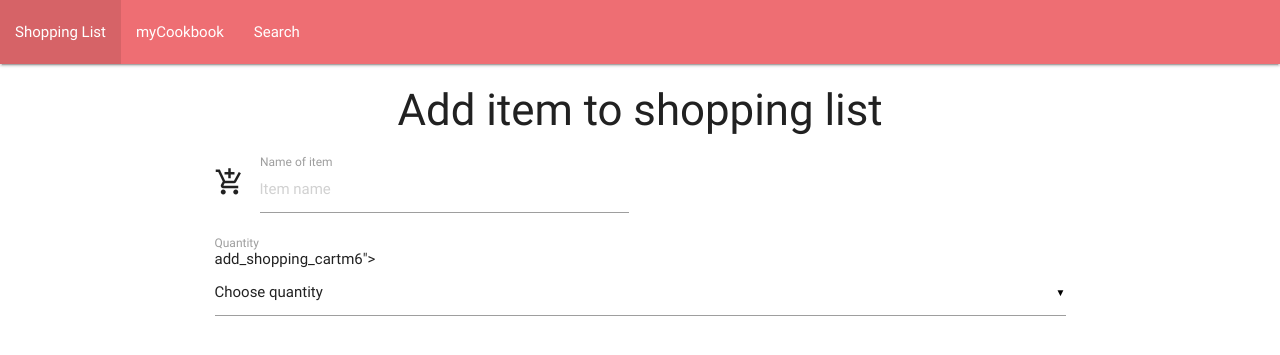
Repository: Code-Institute-Submissions/myCookbook-3
Page: http://localhost/add_item
The author's editor kept a record of every edit. The page is drawn from the files as they stood at one moment, then again after the next edit.
The browser window is 1280 px wide. The pictures show the whole page.
Some web libraries are served in a nearby version. The page is served by the project's application, run on Flask 3 (app.py).

Above is the page before.
Console error: TypeError: Cannot read properties of null (reading 'addEventListener')

After the next edit:
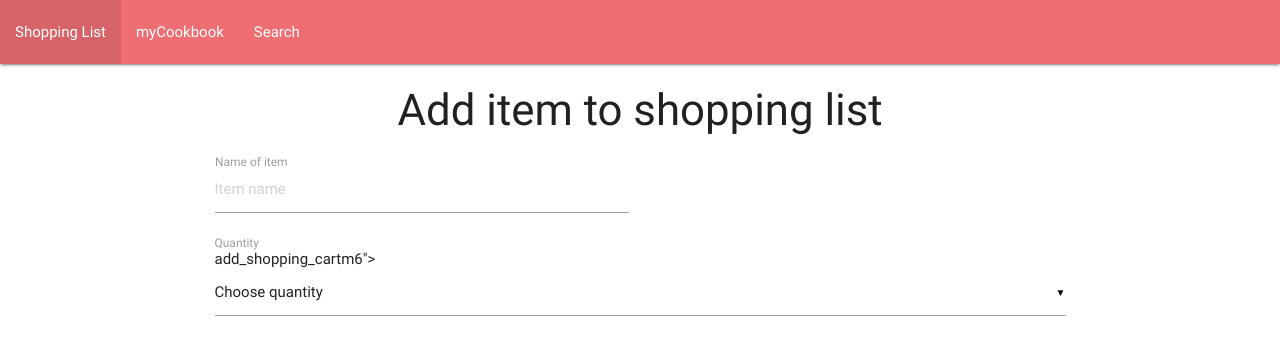
The edit:
--- a/templates/additem.html
+++ b/templates/additem.html
@@ -6,7 +6,7 @@
     <form action="{{ url_for('insert_item') }}" method="POST" class="col s12">
         <div class="row">
         <div class="input-field col s12 m6">
-            <i class="material-icons prefix">add_shopping_cart</i>
+            <!--<i class="material-icons prefix">add_shopping_cart</i>-->
             <input placeholder="Item name" id="shopping_item" type="text" class="validate">
             <label for="shopping_item">Name of item</label>
         </div>
